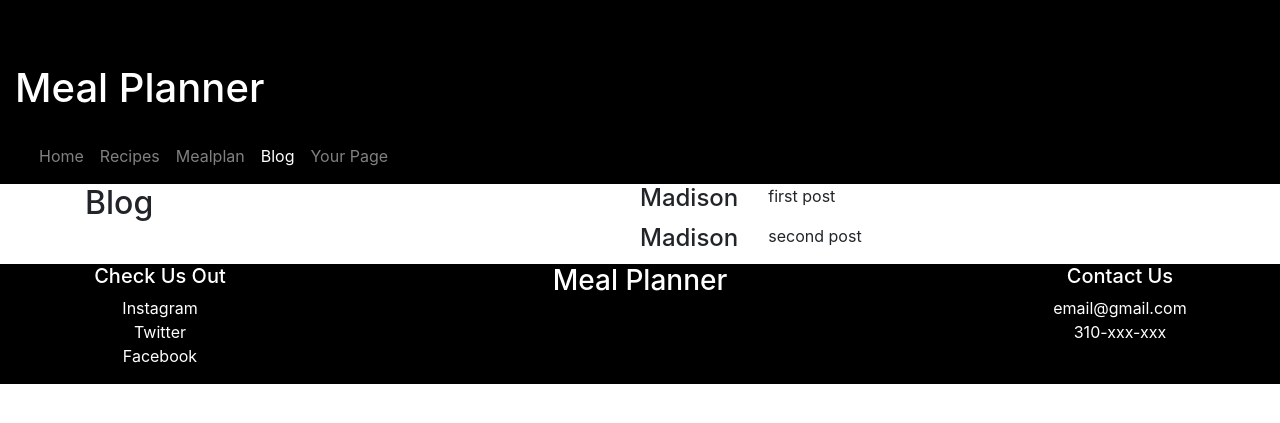
Repository: madisonisfan/mealplanner-react
Page: /blog
The author's editor kept a copy of each file at every save. The page is drawn from the files as they stood at one save, then again after the next save.
The browser window is 1280 px wide. The pictures show the whole page.
The project was rebuilt for these pictures with package versions that can differ from the ones it lists, and the page was loaded fresh each time. Also part of the build but not shown: src/components/HomeComponent.js, src/components/RecipePageComponent.js.

Above is the page before, as saved 2021-04-22 12:18:26.

### src/index.js
import React from "react";
import ReactDOM from "react-dom";
import "./index.css";
import App from "./App";
import reportWebVitals from "./reportWebVitals";
import "bootstrap/dist/css/bootstrap.min.css";

ReactDOM.render(
  //changed React.StrictMode to React.Fragment
  <React.Fragment>
    <App />
  </React.Fragment>,
  document.getElementById("root")
);

// If you want to start measuring performance in your app, pass a function
// to log results (for example: reportWebVitals(console.log))
// or send to an analytics endpoint. Learn more: https://bit.ly/CRA-vitals
reportWebVitals();

### src/App.js
import React, { Component } from "react";
import "./App.css";
import Main from "./components/MainComponent";
import { BrowserRouter } from "react-router-dom";
import { Provider } from "react-redux";
import { ConfigureStore } from "./redux/configureStore";

const store = ConfigureStore();

class App extends Component {
  render() {
    return (
      <Provider store={store}>
        <BrowserRouter>
          <div className="App">
            <Main />
          </div>
        </BrowserRouter>
      </Provider>
    );
  }
}

export default App;

### src/App.css
.jumbotron {
  height: 100px;
  margin: 0px !important;
  background-color: black !important;
  color: white;
}

.navbar {
  background-color: black;
}

.site-footer {
  background-color: black;
  color: white;
}

.meal-type-buttons {
  background-color: aquamarine;
}

.meal-type-buttons Link {
  color: black;
}

### src/components/MainComponent.js
import React, { Component } from "react";
import Home from "./HomeComponent";
import MainHeader from "./HeaderComponent";
import Footer from "./FooterComponent";
import MainBlogPage from "./BlogComponent";
import { Switch, Route, Redirect, withRouter } from "react-router-dom";
import { connect } from "react-redux";
import MainRecipePage from "./RecipePageComponent";

const mapStateToProps = (state) => {
  return {
    recipes: state.recipes,
    mealTypes: state.mealTypes,
    posts: state.posts,
  };
};

class Main extends Component {
  render() {
    const RecipeWithMealType = ({ match }) => {
      const type = match.params.mealType;
      const selectedTypeTitle = this.props.mealTypes
        .filter((typeObj) => typeObj.mealType === type)
        .map((typeObj) => typeObj.title);

      if (type === "allRecipes") {
        return (
          <MainRecipePage
            selectedType="All Recipes"
            mealTypes={this.props.mealTypes}
            recipes={this.props.recipes}
          />
        );
      } else {
        return (
          <MainRecipePage
            selectedType={selectedTypeTitle}
            mealTypes={this.props.mealTypes}
            recipes={this.props.recipes.filter(
              (recipe) => recipe.mealType === match.params.mealType
            )}
          />
        );
      }
    };

    return (
      <React.Fragment>
        <MainHeader />
        <Switch>
          <Route path="/home" component={Home} />
          <Route path="/recipes/:mealType" component={RecipeWithMealType} />
          <Route
            path="/blog"
            render={() => <MainBlogPage posts={this.props.posts} />}
          />
          <Redirect to="/home" />
        </Switch>
        <Footer />
      </React.Fragment>
    );
  }
}
export default withRouter(connect(mapStateToProps)(Main));

### src/components/HeaderComponent.js
import React, { Component } from "react";
import {
  Jumbotron,
  Navbar,
  NavbarBrand,
  NavItem,
  NavbarToggler,
  Collapse,
  Nav,
} from "reactstrap";
import { NavLink } from "react-router-dom";

function MainHeader(props) {
  return (
    <React.Fragment>
      <Jumbotron fluid>
        <div className="container-fluid">
          <div className="row  align-items-center">
            <div className="col">
              <h1>Meal Planner</h1>
            </div>
          </div>
        </div>
      </Jumbotron>
      <MainNav />
    </React.Fragment>
  );
}

class MainNav extends Component {
  constructor(props) {
    super(props);
    this.state = {
      isNavOpen: false,
    };
  }
  toggleNav() {
    this.setState({ isNavOpen: !this.state.isNavOpen });
  }

  render() {
    return (
      <Navbar dark sticky="top" expand="md">
        <div className="container-fluid">
          <NavbarToggler onClick={this.toggleNav}></NavbarToggler>
          <Collapse isOpen={this.state.isNavOpen} navbar>
            <Nav navbar>
              <NavItem>
                <NavLink className="nav-link" to="/home">
                  Home
                </NavLink>
              </NavItem>
              <NavItem>
                <NavLink className="nav-link" to="/recipes/allRecipes">
                  Recipes
                </NavLink>
              </NavItem>
              <NavItem>
                <NavLink className="nav-link" to="/mealplan">
                  Mealplan
                </NavLink>
              </NavItem>
              <NavItem>
                <NavLink className="nav-link" to="/blog">
                  Blog
                </NavLink>
              </NavItem>
              <NavItem>
                <NavLink className="nav-link" to="/yourpage">
                  Your Page
                </NavLink>
              </NavItem>
            </Nav>
          </Collapse>
        </div>
      </Navbar>
    );
  }
}

export default MainHeader;

### src/components/FooterComponent.js
import React from "react";

function Footer(props) {
  return (
    <footer className="site-footer">
      <div className="container-fluid">
        <div className="row">
          <div className="col col-sm-3 text-center">
            <h5>Check Us Out</h5>
            <ul class="list-unstyled">
              <li>Instagram</li>
              <li>Twitter</li>
              <li>Facebook</li>
            </ul>
          </div>

          <div class="col-6 text-center d-none d-sm-block">
            <h3>Meal Planner</h3>
          </div>

          <div class="col col-sm-3 text-center">
            <h5>Contact Us</h5>
            <ul class="list-unstyled">
              <li>
                <a>email@gmail.com</a>
              </li>
              <li>
                <a>310-xxx-xxx</a>
              </li>
            </ul>
          </div>
        </div>
      </div>
      {/*Container */}
    </footer>
  );
}

export default Footer;

### src/components/BlogComponent.js
import React, { Component } from "react";
import { Row, Col } from "reactstrap";

class MainBlogPage extends Component {
  constructor(props) {
    super(props);
    this.state = {};
  }

  render() {
    console.log(`${this.props.posts}`);
    const allPosts = this.props.posts.map((post) => {
      return (
        <Row>
          <RenderPost post={post} />
        </Row>
      );
    });
    return (
      <React.Fragment>
        <div className="container">
          <Row>
            <Col>
              <h2>Blog</h2>
            </Col>

            <Col>{allPosts}</Col>
          </Row>
        </div>
      </React.Fragment>
    );
  }
}

function RenderPost({ post }) {
  return (
    <Row>
      <Col>
        <h4>{post.author}</h4>
      </Col>
      <Col>
        <p>{post.text}</p>
      </Col>
    </Row>
  );
}

export default MainBlogPage;

### src/redux/reducer.js
//import arrays
import { RECIPES } from "../shared/recipes";
import { MEALTYPES } from "../shared/mealTypes";
import { POSTS } from "../shared/posts";

export const initialState = {
  recipes: RECIPES,
  mealTypes: MEALTYPES,
  posts: POSTS,
};

export const Reducer = (state = initialState, action) => {
  return state;
};

### src/shared/recipes.js
export const RECIPES = [
  {
    id: 0,
    name: "pasta",
    mealType: "lunchDinner",
    description: "yummy pasta",
  },
  {
    id: 1,
    name: "salad",
    mealType: "lunchDinner",
    description: "healthy salad",
  },
  {
    id: 2,
    name: "pancakes",
    mealType: "breakfast",
    description: "pancakessss",
  },
];

### src/shared/mealTypes.js
export const MEALTYPES = [
  {
    id: 0,
    mealType: "allRecipes",
    title: "All Recipes",
  },
  {
    id: 1,
    mealType: "breakfast",
    title: "Breakfast",
  },
  {
    id: 2,
    mealType: "lunchDinner",
    title: "Lunch & Dinner",
  },
  {
    id: 3,
    mealType: "snacks",
    title: "Snacks",
  },
  {
    id: 4,
    mealType: "drinks",
    title: "Drinks",
  },
];

### src/shared/posts.js
export const POSTS = [
  {
    id: 0,
    author: "Madison",
    date: "today",
    postType: "post",
    text: "first post",
  },
  {
    id: 2,
    author: "Madison",
    date: "today",
    postType: "post",
    text: "second post",
  },
];

Loaded but not shown: public/index.html (common file); src/index.css (common file); src/reportWebVitals.js (common file); src/redux/configureStore.js (common file)

After the next save:
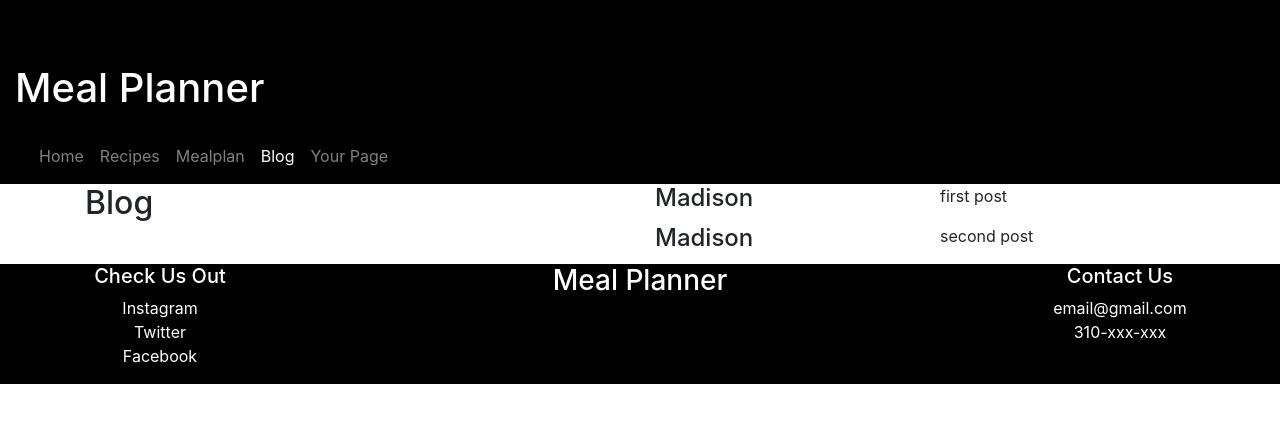
Saved 20 s later.
--- a/src/components/BlogComponent.js
+++ b/src/components/BlogComponent.js
@@ -12,7 +12,9 @@ class MainBlogPage extends Component {
     const allPosts = this.props.posts.map((post) => {
       return (
         <Row>
-          <RenderPost post={post} />
+          <Col>
+            <RenderPost post={post} />
+          </Col>
         </Row>
       );
     });
